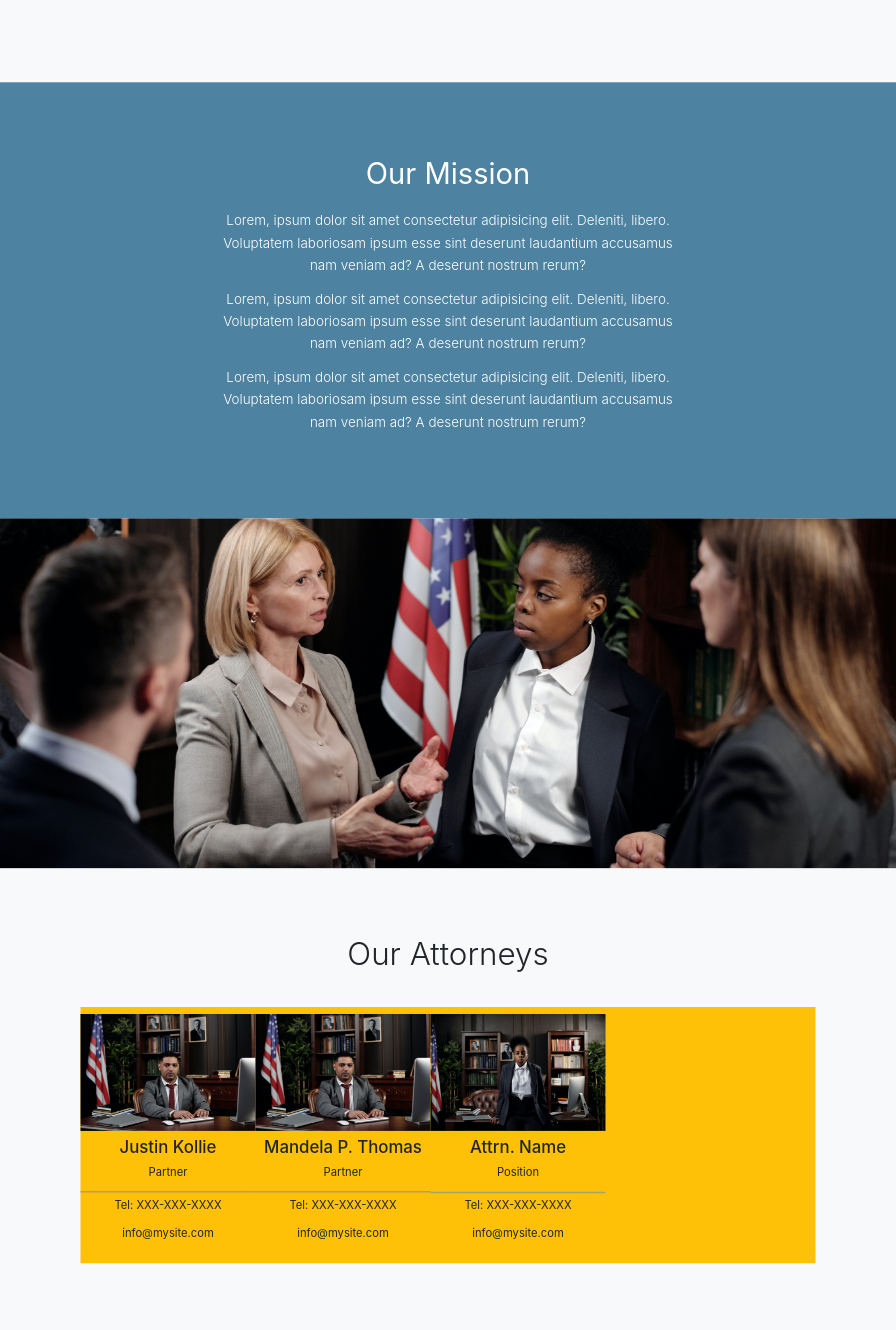
Repository: just-mann/kolllie-kolliellp
Page: index.html
These files come from the project's save history. The page is drawn as it stood at one moment and after a run of saves; the edit follows.
The browser window is 1280 px wide. The pictures show the part of the page from y = 1332 to 3232 px (the page is 4556 px tall), at 70% of full size.
Pictures or frames that could not be fetched are drawn as grey boxes. Backgrounds fixed to the window are drawn as part of the page.

Above is the page before, as saved 2021-06-02 05:38:24.

After the next 8 saves:
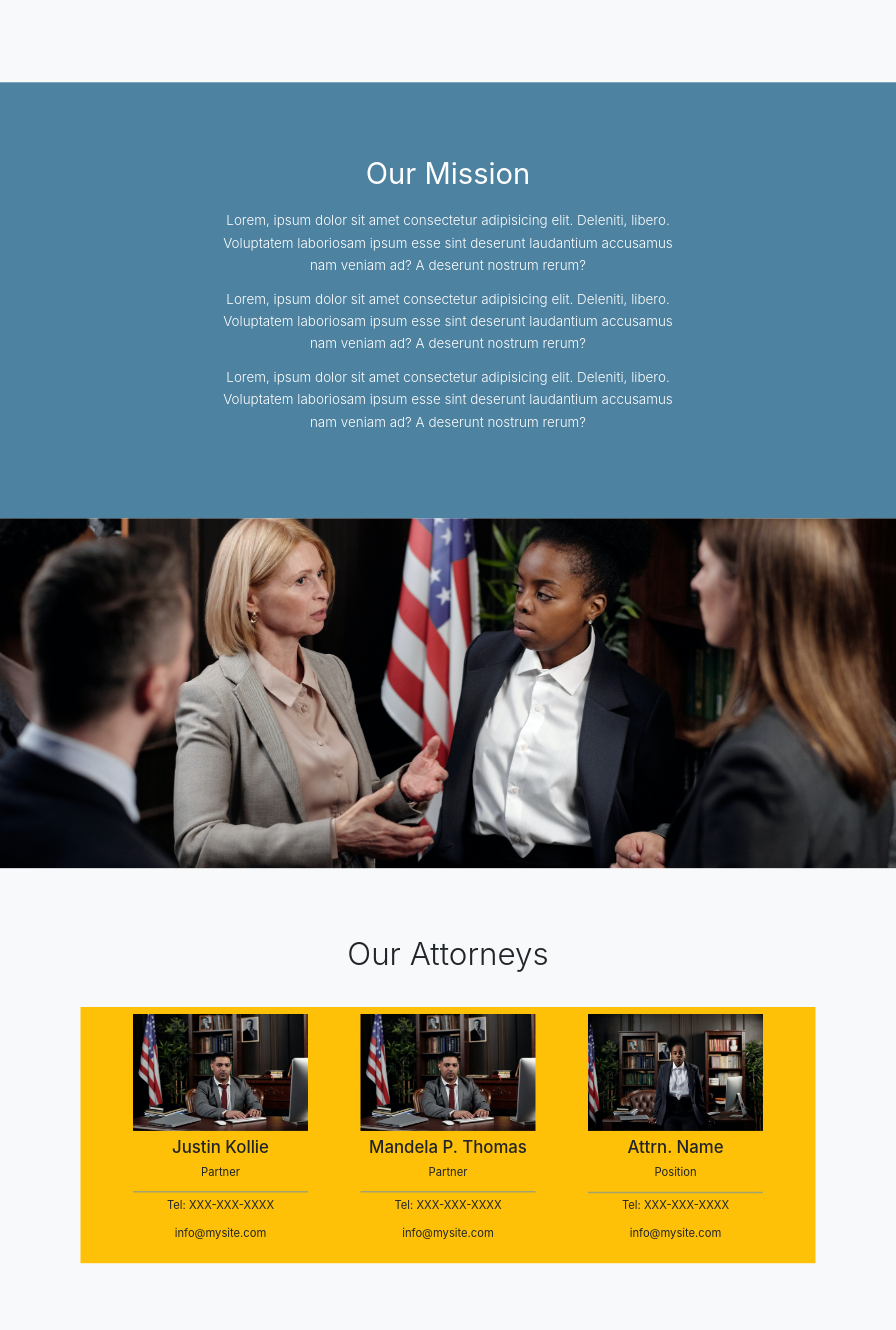
The 8 saves are shown as one change because they came seconds apart.
The last was saved 17 s later.
--- a/assets/css/style.css
+++ b/assets/css/style.css
@@ -263,6 +263,7 @@ form div input, textarea {
         width: 100%;
         margin: 0 auto;
         display: flex;
+        justify-content: space-evenly;
 
         /* grid-template-columns: repeat(3, 1fr); */
     }
